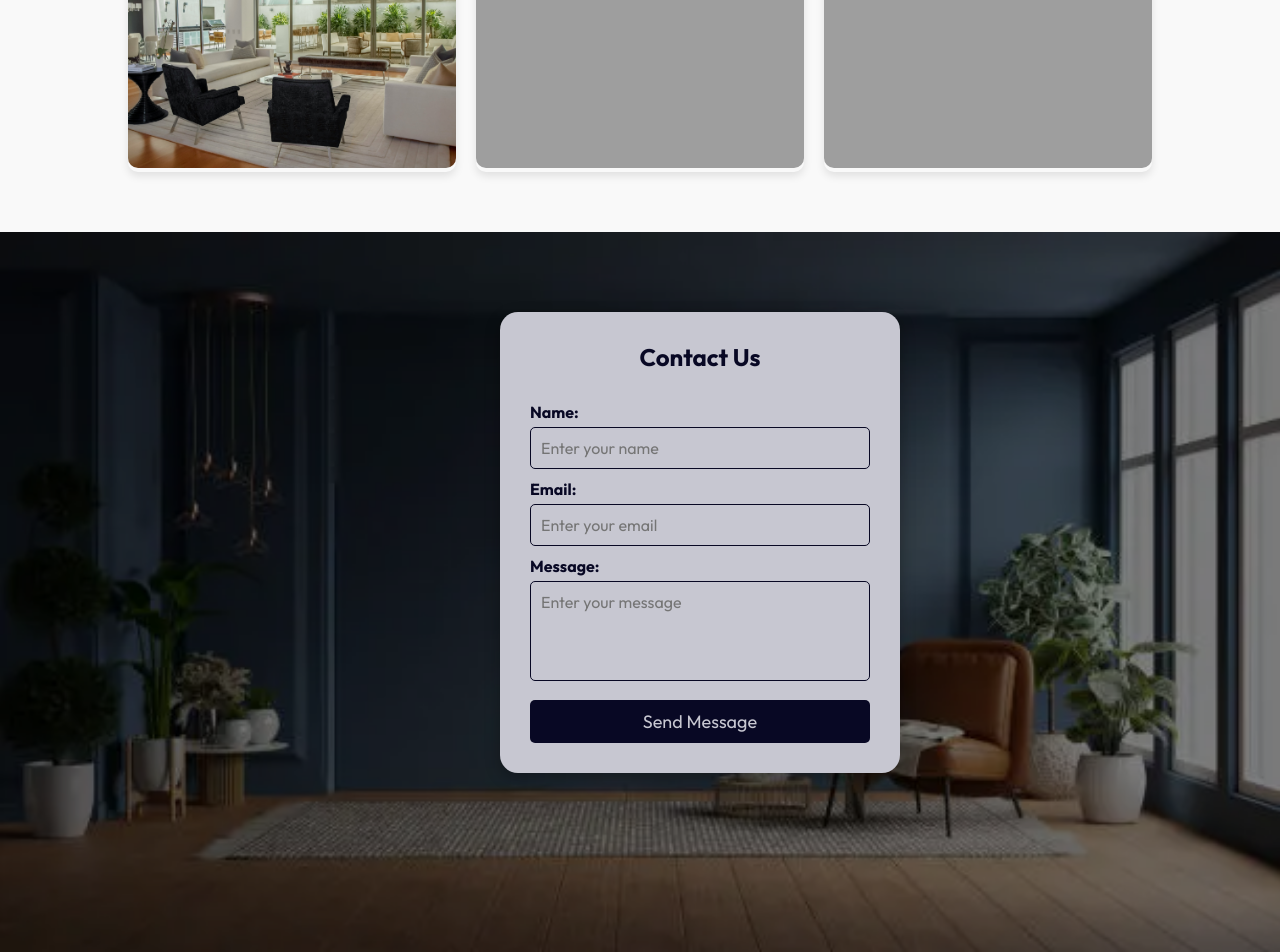
Repository: TechProjectss/Portfolio
Page: / (app in Merajweb/)
An editor plug-in stored every save of this project. The page is shown before and after the next save, followed by the edit.
The browser window is 1280 px wide. The pictures show the part of the page from y = 2747 to 3699 px (the page is 3699 px tall).
Pictures or frames that could not be fetched are drawn as grey boxes. The project was rebuilt for these pictures with package versions that can differ from the ones it lists, and the page was loaded fresh each time. Also part of the build but not shown: Merajweb/vite.config.js.

Above is the page before, as saved 2025-02-26 12:33:19.

### Merajweb/index.html
<!doctype html>
<html lang="en">
  <head>
    <meta charset="UTF-8" />
    <link rel="icon" type="image/svg+xml" href="/vite.svg" />
    <meta name="viewport" content="width=device-width, initial-scale=1.0" />
    <title>MerajWeb</title>
  </head>
  <body>
    <div id="root"></div>
    <script type="module" src="/src/main.jsx"></script>
  </body>
</html>

### Merajweb/src/index.css
@import url('https://fonts.googleapis.com/css2?family=Outfit:wght@100..900&display=swap');

*{
    margin: 0;
    padding: 0;
    box-sizing: border-box;
    font-family: "Outfit", serif;
}

body{
    background-color: #f5f5f5;
}

a{
    text-decoration: none;
    color: inherit;
    line-height: 1;
    cursor: pointer;
}

.container{
    padding-left: 5%;
    padding-right: 5%;
}

### Merajweb/src/App.jsx
import React from "react";
import Navbar from "./components/Navbar/Navbar";
import Home from "./components/Home/Home";
import About from "./components/About/About";
import Programs from "./components/Programs/Programs";
import Projects from "./components/Projects/Projects";
import Contact from "./components/Contact/Contact";

const App = () => {
  return (
    <>
      <Navbar />
      <div id="home"><Home /></div>
      <div id="about"><About /></div>
      <div id="programs"><Programs /></div>
      <div id="projects"><Projects /></div>
      <div id="contact"><Contact /></div>
    </>
  );
};

export default App;

### Merajweb/src/components/Navbar/Navbar.jsx
import React, { useState, useEffect } from "react";
import "./Navbar.css";
import logosk from "../../assets/logosk1.png";

const Navbar = () => {
    const [menuOpen, setMenuOpen] = useState(false);
    const [visible, setVisible] = useState(true);

    useEffect(() => {
        let lastScrollY = window.scrollY;

        const handleScroll = () => {
            setVisible(window.scrollY < lastScrollY || window.scrollY < 50);
            lastScrollY = window.scrollY;
        };

        window.addEventListener("scroll", handleScroll);
        return () => window.removeEventListener("scroll", handleScroll);
    }, []);

    return (
        <nav className={`navbar ${visible ? "visible" : "hidden"}`}>
            <div className="logo-container">
                <img src={logosk} alt="logo" className="logo" />
            </div>
            <ul className={menuOpen ? "nav-items open" : "nav-items"}>
                <li><a href="#home">Home</a></li>
                <li><a href="#about">About</a></li>
                <li><a href="#programs">Programs</a></li>
                <li><a href="#projects">Projects</a></li>
                <li><a href="#contact">Contact Us</a></li>
            </ul>
            <div className="menu-icon" onClick={() => setMenuOpen(!menuOpen)}>☰</div>
        </nav>
    );
};

export default Navbar;

### Merajweb/src/components/Home/Home.jsx
import React from 'react';
import './Home.css';

const Home = () => {
    return (
        <div className='hero container' style={{ minHeight: "100vh" }}>
            <div className="hero-text">
                <h1>Bringing Ideas to Reality with Design & Code</h1>
                <h2>Mohammed Kashif | React Native & Full-Stack Developer</h2>
                <p>
                    I specialize in building scalable mobile apps, seamless UI/UX, and API integrations.
                    Looking for a passionate developer? Let’s build something amazing together!
                </p>
                <div className="hero-buttons">
                    <button className="btn primary">View My Work</button>
                    <button className="btn secondary">Hire Me</button>
                </div>
            </div>
        </div>
    );
};

export default Home;

### Merajweb/src/components/About/About.jsx
import React from 'react';
import styled from 'styled-components';

// Styled Components
const AboutSection = styled.div`
    display: flex;
    align-items: center;
    justify-content: center;
    min-height: 100vh;
    padding: 60px 20px;
    background: #fff;
    gap: 50px;

    @media (max-width: 768px) {
        flex-direction: column;
        text-align: center;
    }
`;

const AboutText = styled.div`
    max-width: 600px;
    line-height: 1.8;
`;

const AboutImage = styled.img`
    width: 350px;
    height: 350px;
    border-radius: 50%;
    box-shadow: 0 6px 12px rgba(0, 0, 0, 0.3);
    transition: transform 0.3s ease-in-out;

    &:hover {
        transform: scale(1.1);
    }
`;

const Skills = styled.ul`
    list-style: none;
    padding: 0;
    display: flex;
    flex-wrap: wrap;
    justify-content: flex-start;
    margin-top: 20px;
    gap: 10px;

    @media (max-width: 768px) {
        justify-content: center;
    }
`;

const SkillItem = styled.li`
    background: #080824;
    color: white;
    padding: 10px 20px;
    border-radius: 25px;
    font-weight: bold;
    font-size: 14px;
    transition: all 0.3s ease-in-out;

    &:hover {
        background: #080824;
        transform: translateY(-3px);
    }
`;

const CTAButton = styled.button`
    background: #080824;
    color: white;
    padding: 14px 28px;
    font-size: 18px;
    border: none;
    cursor: pointer;
    border-radius: 8px;
    font-weight: bold;
    transition: all 0.3s ease-in-out;
    margin-top: 30px;

    &:hover {
        background:rgb(111, 111, 131);
        transform: scale(1.05);
    }
`;

const About = () => {
    return (
        <AboutSection>
            <AboutImage src="/profile.jpg" alt="Mohammed Kashif" />
            <AboutText>
                <h1>About Me</h1>
                <p>
                    Hi, I'm <strong>Mohammed Kashif</strong>, a passionate and dedicated <strong>Full-Stack Developer</strong>
                    with expertise in building modern and scalable applications. My journey in development started with
                    curiosity, and now I specialize in crafting high-quality digital experiences.
                </p>
                <p>
                    I thrive on solving real-world problems using <strong>React Native, React.js, Node.js</strong>, and <strong>UI/UX Design</strong>.
                    From designing user-friendly interfaces to developing seamless back-end services, I ensure that every
                    project is built with efficiency, creativity, and a focus on user satisfaction.
                </p>
                <h2>Skills & Technologies</h2>
                <Skills>
                    <SkillItem>React Native</SkillItem>
                    <SkillItem>React.js</SkillItem>
                    <SkillItem>UI/UX Design</SkillItem>
                    <SkillItem>Node.js</SkillItem>
                    <SkillItem>MongoDB</SkillItem>
                    <SkillItem>API Development</SkillItem>
                    <SkillItem>Docker & Cloud Services</SkillItem>
                    <SkillItem>JavaScript & TypeScript</SkillItem>
                </Skills>
                <CTAButton>Let's Work Together!</CTAButton>
            </AboutText>
        </AboutSection>
    );
};

export default About;

### Merajweb/src/components/Programs/Programs.jsx
import React from "react";
import "./Programs.css";
import img1 from "../../assets/hom1.jpg"; // Replace with actual image path
import img2 from "../../assets/int7.jpg"; // Replace with actual image path
import img3 from "../../assets/int2.jpg"; // Replace with actual image path
import img4 from "../../assets/int5.jpg"; // Replace with actual image path
import img5 from "../../assets/int4.jpg"; // Replace with actual image path

const Programs = () => {
    return (
        <section className="programs-section">
            <div className="program-card">
                <img src={img1} alt="Interior Design" className="program-image" />
                <h3 className="program-title">Innovation Inside Out</h3>
                <p className="program-description">
                    NA Architects are unparalleled in Interior Design solutions. It’s not just mind-blowing, it’s mind-bending.
                </p>
            </div>

            <div className="program-card">
                <img src={img2} alt="Skyscraper Design" className="program-image" />
                <h3 className="program-title">Towering Testimonies</h3>
                <p className="program-description">
                    Creating the skyline has been a passion at NA Architects. Buildings that are talked about and clicked across the world.
                </p>
            </div>

            <div className="program-card">
                <img src={img3} alt="Garden Design" className="program-image" />
                <h3 className="program-title">The Circle of Life</h3>
                <p className="program-description">
                    At NA Architects, we have the best of minds who excel in designing both Residencies and Commercial Spaces.
                </p>
            </div>

            <div className="program-card">
                <img src={img4} alt="Eco-Friendly Design" className="program-image" />
                <h3 className="program-title">Sustainable Living</h3>
                <p className="program-description">
                    We focus on eco-friendly and sustainable architecture, creating energy-efficient and green spaces for future generations.
                </p>
            </div>

            <div className="program-card">
                <img src={img5} alt="Smart Homes" className="program-image" />
                <h3 className="program-title">Smart Spaces</h3>
                <p className="program-description">
                    Integrating technology with architecture, we design smart homes and workspaces that enhance convenience and security.
                </p>
            </div>
        </section>
    );
};

export default Programs;

### Merajweb/src/components/Projects/Projects.jsx
import React from "react";
import "./Projects.css";
import project1 from "../../assets/int1.jpg";
import project2 from "../../assets/int2.jpg";
import project3 from "../../assets/int3.jpg";
import project4 from "../../assets/int4.jpg";
import project5 from "../../assets/int5.jpg";
import project6 from "../../assets/int6.jpg";

const projects = [
    { id: 1, title: "Luxury Villa", image: project1, description: "A premium luxury villa designed with modern aesthetics." },
    { id: 2, title: "Corporate Tower", image: project2, description: "A state-of-the-art corporate skyscraper in the city skyline." },
    { id: 3, title: "Eco-Friendly Home", image: project3, description: "An energy-efficient home designed for sustainability." },
    { id: 4, title: "Smart Office", image: project4, description: "An innovative workspace with smart technology integration." },
    { id: 5, title: "Resort & Spa", image: project5, description: "A relaxing resort with a nature-inspired architectural theme." },
    { id: 6, title: "Urban Apartments", image: project6, description: "A modern apartment complex with a minimalist touch." }
];

const Projects = () => {
    return (
        <section className="projects-section">
            <h2 className="section-title">Our Client Projects</h2>
            <div className="projects-grid">
                {projects.map((project) => (
                    <div key={project.id} className="project-card">
                        <img src={project.image} alt={project.title} className="project-image" />
                        <div className="project-overlay">
                            <h3 className="project-title">{project.title}</h3>
                            <p className="project-description">{project.description}</p>
                        </div>
                    </div>
                ))}
            </div>
        </section>
    );
};

export default Projects;

### Merajweb/src/components/Contact/Contact.jsx
import React from "react";
import "./Contact.css";

const Contact = () => {
    return (
        <div className="contact-page">
            <div className="overlay">
                <div className="contact-form">
                    <h2>Contact Us</h2>
                    <form>
                        <label>Name:</label>
                        <input type="text" placeholder="Enter your name" required />

                        <label>Email:</label>
                        <input type="email" placeholder="Enter your email" required />

                        <label>Message:</label>
                        <textarea placeholder="Enter your message" required></textarea>

                        <button type="submit">Send Message</button>
                    </form>
                </div>
            </div>
        </div>
    );
};

export default Contact;

### Merajweb/src/components/Navbar/Navbar.css
/* Navbar Container */
.navbar {
    width: 100%;
    color: #fff;
    background-color: #080824;
    padding: 12px 30px;
    position: fixed;
    top: 0;
    left: 0;
    display: flex;
    align-items: center;
    justify-content: space-between;
    z-index: 1000;
    height: 60px;
    transition: transform 0.3s ease-in-out;
}

html {
    scroll-behavior: smooth;
}

/* Hide Navbar when Scrolling Up */
.navbar.hidden {
    transform: translateY(-100%);
}

/* Show Navbar when Scrolling Down */
.navbar.visible {
    transform: translateY(0);
}

/* Logo Styling */
.logo-container {
    display: flex;
    align-items: center;
}

.logo {
    width: 40px;
    height: 40px;
    border-radius: 50%;
    object-fit: cover;
    border: 2px solid white;
    cursor: pointer;
}

/* Navigation Links */
.nav-items {
    display: flex;
    list-style: none;
}

.nav-items li {
    margin: 0 15px;
}

.nav-items a {
    text-decoration: none;
    color: #fff;
    font-size: 16px;
    font-weight: 500;
    transition: color 0.3s ease-in-out;
}

.nav-items a:hover {
    color: #8ca5a5;
}

/* Mobile Menu Icon */
.menu-icon {
    display: none;
    font-size: 28px;
    cursor: pointer;
    color: white;
}

/* Responsive Design */
@media (max-width: 768px) {
    .menu-icon {
        display: block;
    }

    .nav-items {
        display: none;
        flex-direction: column;
        background: rgba(0, 0, 0, 0.9);
        position: absolute;
        top: 60px;
        right: 0;
        width: 100%;
        text-align: center;
        padding: 20px;
    }

    .nav-items.open {
        display: flex;
    }

    .nav-items li {
        margin: 15px 0;
    }
}

### Merajweb/src/components/Home/Home.css
.hero {
    height: 100vh; /* Ensures it covers the full viewport height */
    background-size: cover;
    background-color: #c7c7d1;
    background-position: center;
    color: #080824;
    display: flex;
    align-items: center;
    justify-content: center;
    text-align: center;
    padding: 20px;
    position: relative;

}


/* Animations */
@keyframes fadeIn {
    from { opacity: 0; transform: translateY(20px); }
    to { opacity: 1; transform: translateY(0); }
}

.hero-text {
    max-width: 800px;
    padding-top: 50px; /* Adjust this to push content lower */
}

.hero-text h1 {
    font-size: 48px;
    font-weight: 700;
    text-shadow: 2px 2px 10px rgba(0, 0, 0, 0.5);
}

.hero-text h2 {
    font-size: 28px;
    font-weight: 500;
    margin-top: 10px;
}

.hero-text p {
    max-width: 700px;
    margin: 15px auto 30px;
    line-height: 1.6;
    font-size: 18px;
}

/* Button Styles */
.hero-buttons {
    display: flex;
    gap: 15px;
    justify-content: center;
}

.btn {
    padding: 12px 24px;
    font-size: 18px;
    font-weight: 600;
    border: none;
    cursor: pointer;
    border-radius: 5px;
    transition: all 0.3s ease;
}

.primary {
    background: transparent;
    color: #080824;
    border: 2px solid #080824;
}

.primary:hover {
    background: #080824;
    color: #fff;
    transform: scale(1.05);
}

.secondary {
    background: transparent;
    color: #080824;
    border: 2px solid #080824;
}

.secondary:hover {
    background: #080824;
    color: #fff;
    transform: scale(1.05);
}

### Merajweb/src/components/Programs/Programs.css
/* Programs Section */
.programs-section {
    display: flex;
    flex-wrap: wrap;
    justify-content: center;
    align-items: center;
    gap: 30px;
    padding: 50px 10%;
    background-color: #fff
}

/* Program Card */
.program-card {
    text-align: center;
    width: 300px;
    background: #fff;
    box-shadow: 0 4px 8px rgba(0, 0, 0, 0.1);
    border-radius: 10px;
    overflow: hidden;
    transition: transform 0.3s ease-in-out;
}

.program-card:hover {
    transform: translateY(-5px);
}

/* Program Image */
.program-image {
    width: 100%;
    height: 230px;
    object-fit: cover;
    border-radius: 10px 10px 0 0;
}

/* Program Title */
.program-title {
    color: #e57232;
    font-size: 20px;
    font-weight: bold;
    margin-top: 15px;
}

/* Program Description */
.program-description {
    color: #333;
    font-size: 14px;
    padding: 10px 15px;
}

/* Responsive Design */
@media (max-width: 1024px) {
    .programs-section {
        flex-direction: row;
        flex-wrap: wrap;
        justify-content: center;
        padding: 30px;
    }

    .program-card {
        width: 90%;
        max-width: 350px;
    }
}

@media (max-width: 768px) {
    .programs-section {
        flex-direction: column;
        align-items: center;
    }

    .program-card {
        width: 100%;
        max-width: 400px;
    }
}

### Merajweb/src/components/Projects/Projects.css
/* Projects Section */
.projects-section {
    padding: 60px 10%;
    background: #f9f9f9;
    text-align: center;
}

/* Section Title */
.section-title {
    font-size: 28px;
    font-weight: bold;
    color: #333;
    margin-bottom: 30px;
}

/* Projects Grid */
.projects-grid {
    display: grid;
    grid-template-columns: repeat(auto-fit, minmax(300px, 1fr));
    gap: 20px;
    justify-content: center;
}

/* Project Card */
.project-card {
    position: relative;
    overflow: hidden;
    border-radius: 10px;
    box-shadow: 0 4px 8px rgba(0, 0, 0, 0.1);
    transition: transform 0.3s ease-in-out;
}

.project-card:hover {
    transform: scale(1.05);
}

/* Project Image */
.project-image {
    width: 100%;
    height: 250px;
    object-fit: cover;
    border-radius: 10px;
}

/* Project Overlay */
.project-overlay {
    position: absolute;
    top: 0;
    left: 0;
    width: 100%;
    height: 100%;
    background: rgba(0, 0, 0, 0.7);
    color: white;
    display: flex;
    flex-direction: column;
    align-items: center;
    justify-content: center;
    opacity: 0;
    transition: opacity 0.3s ease-in-out;
    padding: 15px;
    text-align: center;
}

.project-card:hover .project-overlay {
    opacity: 1;
}

/* Project Title */
.project-title {
    font-size: 20px;
    font-weight: bold;
    margin-bottom: 8px;
}

/* Project Description */
.project-description {
    font-size: 14px;
}

/* Responsive Design */
@media (max-width: 768px) {
    .projects-section {
        padding: 40px 5%;
    }

    .projects-grid {
        grid-template-columns: repeat(auto-fit, minmax(250px, 1fr));
    }
}

### Merajweb/src/components/Contact/Contact.css
/* Contact Page - Full-Screen Background */
.contact-page {
    background: url("../../assets/wall1.webp") no-repeat center center/cover;
    height: 100vh;
    display: flex;
    align-items: center; /* Vertically center the form */
    justify-content: flex-start; /* Keep form on the left */
    padding-left: 5vw; /* Adjust spacing from the left */
    position: relative;
}

/* Overlay for Better Readability */
.overlay {
    width: 100%;
    height: 100vh;
    background: rgba(0, 0, 0, 0.5);
    position: absolute;
    top: 0;
    left: 0;
}

/* Contact Form Styling */
.contact-form {
    width: 400px;
    max-width: 90%;
    background: #c7c7d1;
    padding: 30px;
    border-radius: 18px;
    position: relative;
    z-index: 2;
    margin-left:500px;
    margin-top: 80px;
    box-shadow: 0px 5px 15px rgba(0, 0, 0, 0.3);
    display: flex;
    flex-direction: column;
    justify-content: center;
    align-items: center; /* Center the form content */
}

/* Title & Labels */
.contact-form h2 {
    text-align: center;
    margin-bottom: 20px;
    color: #080824;
}

.contact-form label {
    display: block;
    margin-top: 10px;
    font-weight: bold;
    color: #080824;
}

/* Input Fields */
.contact-form input,
.contact-form textarea {
    width: 100%;
    padding: 10px;
    margin-top: 5px;
    border: 1px solid #080824;
    border-radius: 5px;
    font-size: 16px;
    background: transparent;
    color: #080824;
}

.contact-form textarea {
    height: 100px;
    resize: none;
}

/* Submit Button */
.contact-form button {
    width: 100%;
    padding: 10px;
    background: #080824;
    color: #c7c7d1;
    border: none;
    border-radius: 5px;
    font-size: 18px;
    cursor: pointer;
    margin-top: 15px;
}

.contact-form button:hover {
    background: #003d80;
}

/* Responsive Design */
@media (max-width: 900px) {
    .contact-page {
        justify-content: center; /* Move form to center for smaller screens */
        padding-left: 0;
    }

    .contact-form {
        width: 90%;
        max-width: 400px;
    }
}

Loaded but not shown: Merajweb/src/main.jsx (common file)

After the next save:
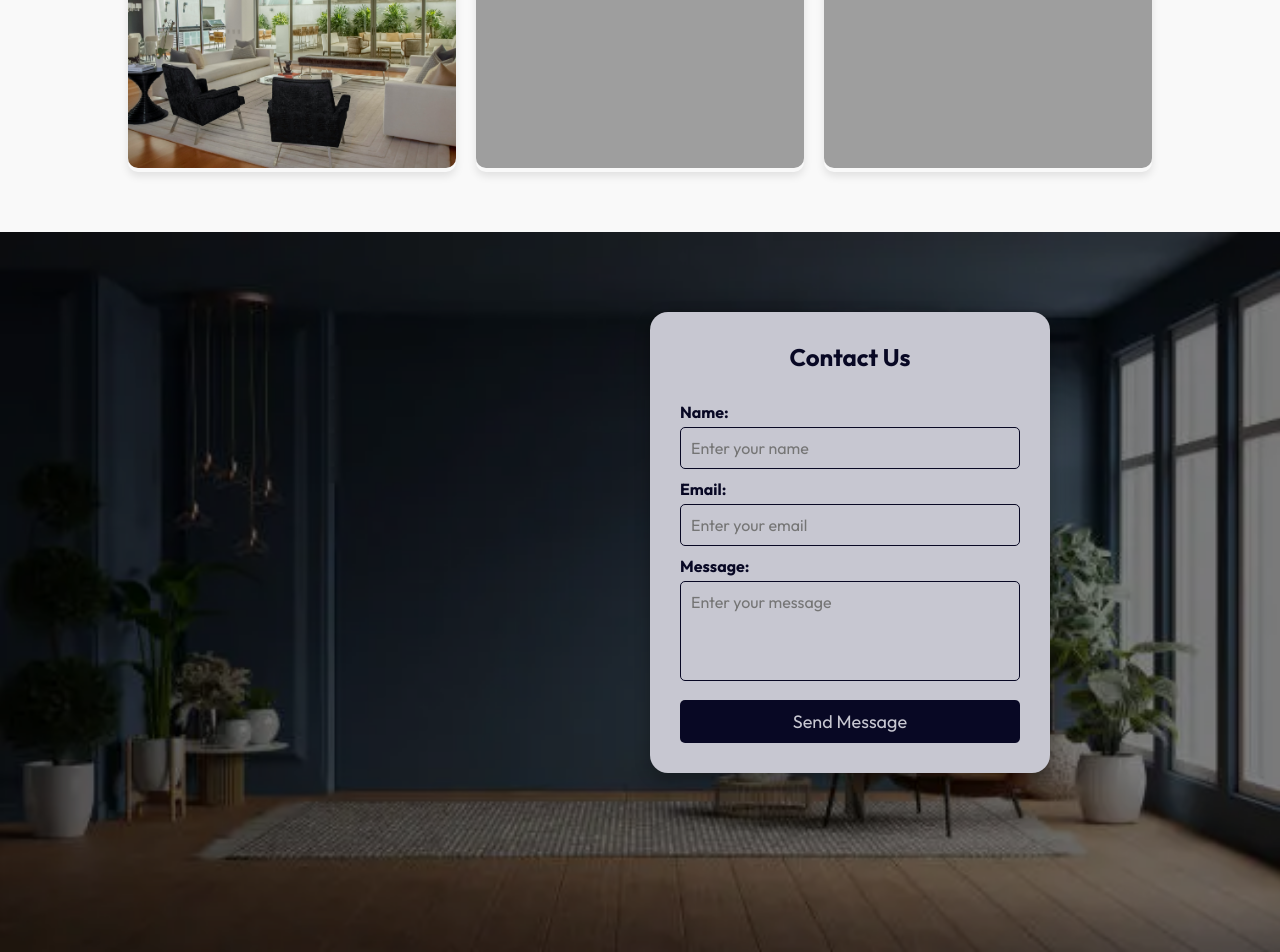
Saved 23 s later.
--- a/Merajweb/src/components/Contact/Contact.css
+++ b/Merajweb/src/components/Contact/Contact.css
@@ -28,7 +28,7 @@
     border-radius: 18px;
     position: relative;
     z-index: 2;
-    margin-left:500px;
+    margin-left:650px;
     margin-top: 80px;
     box-shadow: 0px 5px 15px rgba(0, 0, 0, 0.3);
     display: flex;
